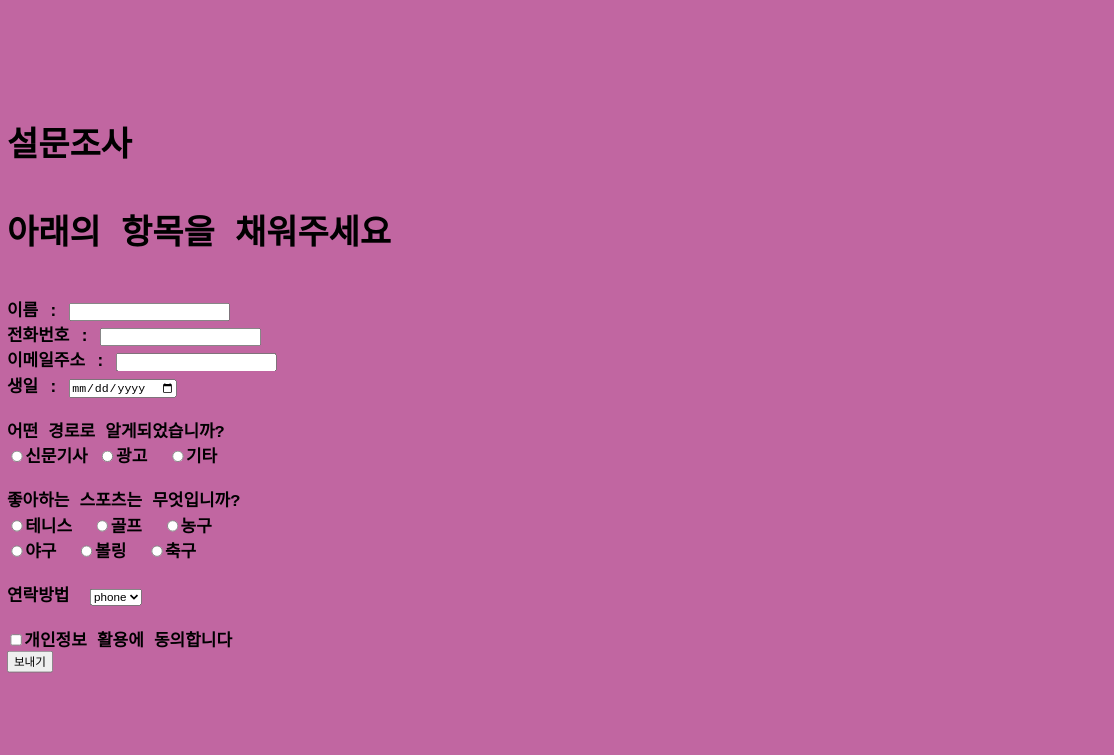
Repository: violetaplum/eclipseJSP
Page: http://localhost/JSP/jsp_DB/dao.jsp
An editor plug-in stored every save of this project. The page is shown before and after the next save, followed by the edit.
The browser window is 1280 px wide. The pictures show the whole page, at 87% of full size.
The page is served by Tomcat 9. Other server files are loaded and not shown.

Above is the page before, as saved 2019-06-12 10:04:39.

### JSP/WebContent/jsp_DB/dao.jsp
<%@page import="java.sql.PreparedStatement"%>
<%@page import="java.sql.DriverManager"%>
<%@page import="java.sql.Connection"%>
<%@page import="java.sql.ResultSet" %>
<%@page import="java.util.ArrayList"%>
<%-- <%@page import="telinfoDAO.TelInfoDAO"%>
<%@page import="telinfoVO.TelInfoVO"%> --%>
<%@ page language="java" contentType="text/html; charset=UTF-8"
    pageEncoding="UTF-8"%>
<%request.setCharacterEncoding("utf-8");%>

<%-- <%
response.setCharacterEncoding("utf-8");
TelInfoDAO tidao = new TelInfoDAO();
ArrayList<TelInfoVO> tiArray = tidao.getAllInfo();

%> --%>
<!DOCTYPE html>
<html>
<head>
  <style>
  body
  {
    background: #c166a1;
    align:center;
  }
  </style>

</head>
<body>
<h2>
<pre>

<form action="./dao2.jsp" method="get">
<h1>
설문조사

아래의 항목을 채워주세요
</h1>
이름 : <input type="text" name="name" />
전화번호 : <input type="text" name="tel" />
이메일주소 : <input type="text" name="email" />
생일 : <input type="date" name="birth" />

어떤 경로로 알게되었습니까?
<input type="radio" name="radio1" value="신문기사"/>신문기사 <input type="radio" name="radio1" value="광고"/>광고  <input type="radio" name="radio1" value="기타" />기타

좋아하는 스포츠는 무엇입니까?
<input type="radio" name="radio2" value="테니스" />테니스  <input type="radio" name="radio2" value="골프" />골프  <input type="radio" name="radio2" value="농구" />농구
<input type="radio" name="radio2" value="야구" />야구  <input type="radio" name="radio2" value="볼링" />볼링  <input type="radio" name="radio2" value="축구" />축구

연락방법  <select name="select" id="select" value="select">
          <option value="phone">
            phone
          </option>
          <option value="email">
            email
          </option>
          <option value="sms">
            sms
          </option>
</select>

<input type="checkbox" name="check" />개인정보 활용에 동의합니다
<input type="submit" value="보내기" />


</form>
</pre>


</h2>
</body>
</html>

After the next save:
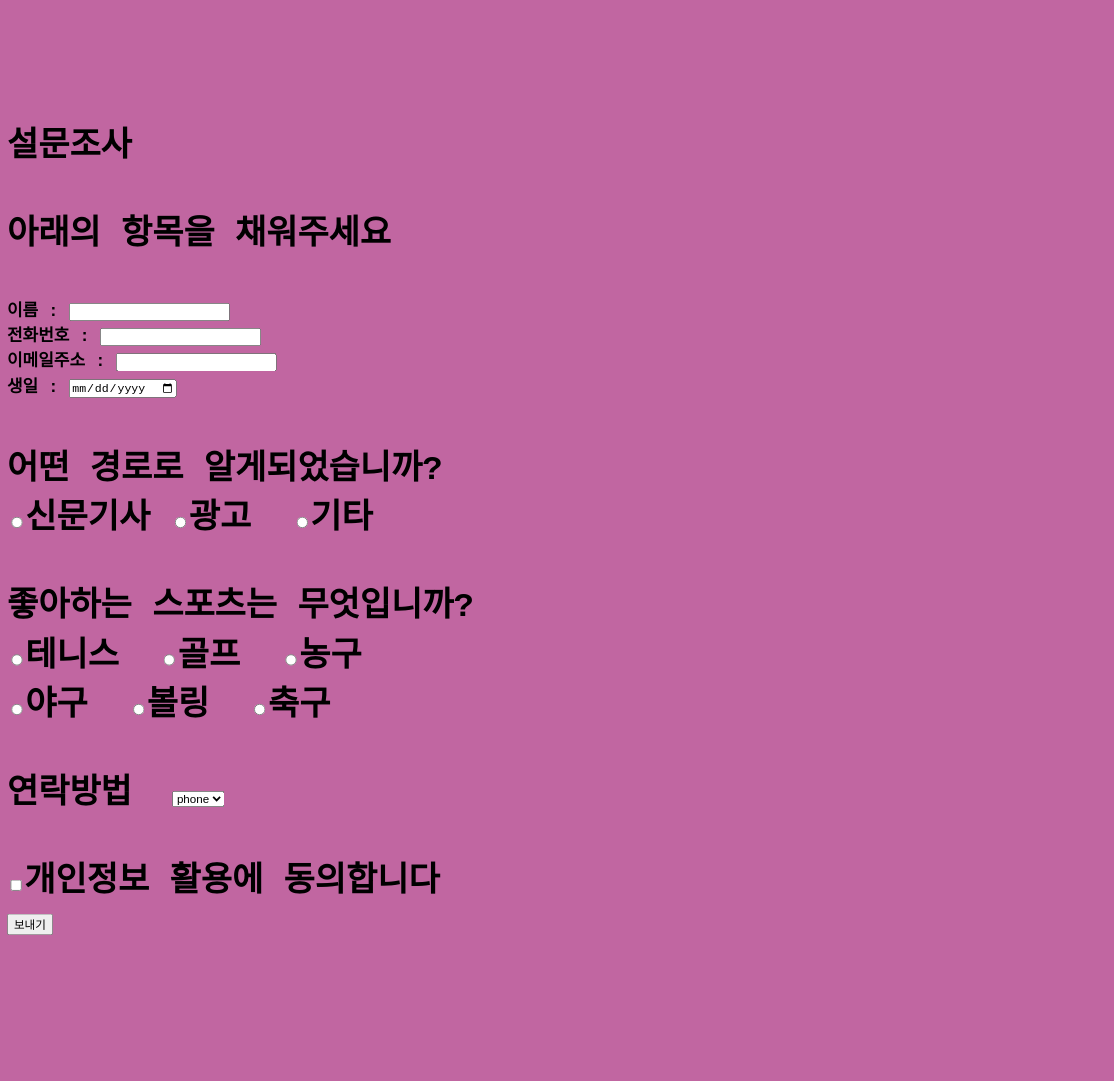
Saved 5 s later.
--- a/JSP/WebContent/jsp_DB/dao.jsp
+++ b/JSP/WebContent/jsp_DB/dao.jsp
@@ -42,7 +42,7 @@ ArrayList<TelInfoVO> tiArray = tidao.getAllInfo();
 이메일주소 : <input type="text" name="email" />
 생일 : <input type="date" name="birth" />
 
-어떤 경로로 알게되었습니까?
+<h1>어떤 경로로 알게되었습니까?
 <input type="radio" name="radio1" value="신문기사"/>신문기사 <input type="radio" name="radio1" value="광고"/>광고  <input type="radio" name="radio1" value="기타" />기타
 
 좋아하는 스포츠는 무엇입니까?
